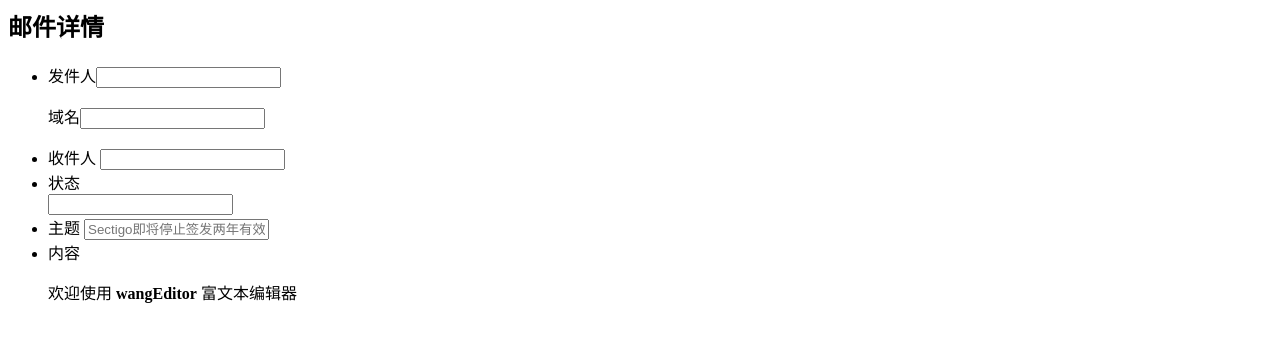
Repository: wangyan466393/racentSystem
Page: emailDetail.html
These files come from the project's save history. The page is drawn as it stood at one moment and after the next save; the edit follows.
The browser window is 1280 px wide. The pictures show the whole page.

Above is the page before, as saved 2020-08-12 10:08:23.

After the next save:
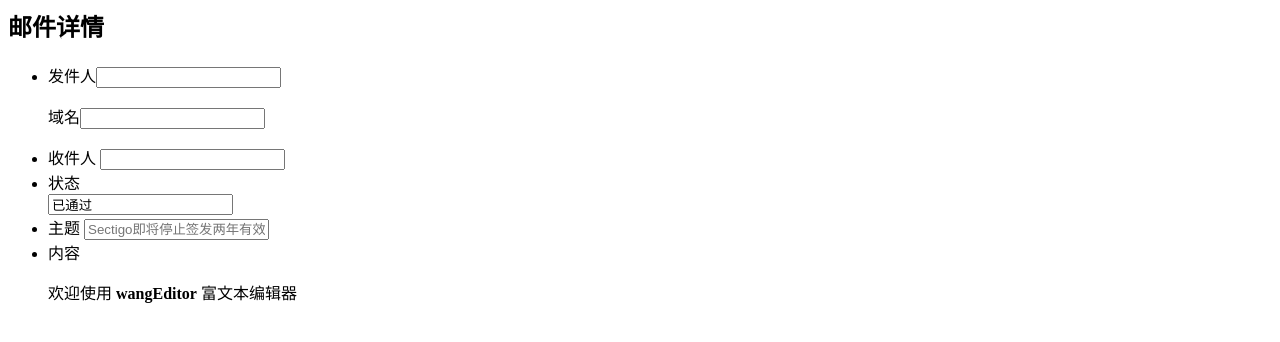
Saved 21 s later.
--- a/emailDetail.html
+++ b/emailDetail.html
@@ -22,7 +22,7 @@
             <li>
                 <span>状态</span>
                 <div style="width: 100%;">
-                    <input type="text" >
+                    <input type="text" value="已通过">
                 </div>
 
             </li>
